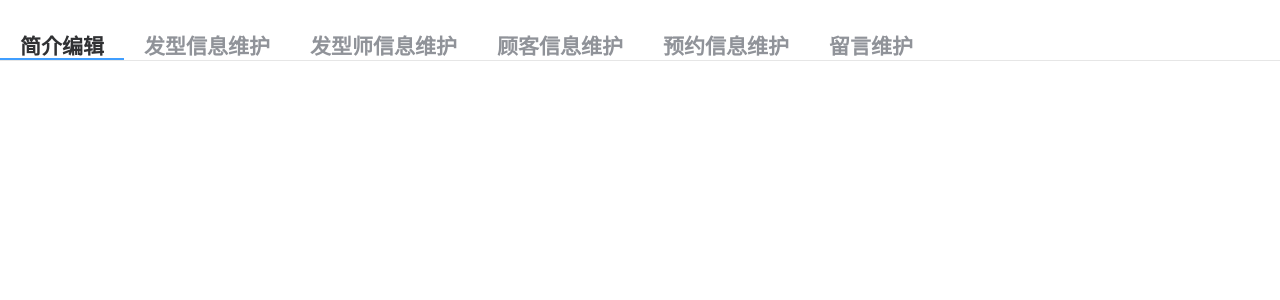
Repository: cjl0805/graduation-design-front
Page: /back/home
These files come from the project's save history. The page is drawn as it stood at one moment and after the next save; the edit follows.
The browser window is 1280 px wide. The pictures show the whole page.
The project was rebuilt for these pictures with package versions that can differ from the ones it lists, and the page was loaded fresh each time. Also part of the build but not shown: vue.config.js, src/components/RotationChart.vue, src/components/NavigationBar.vue, src/components/HairStylist.vue, src/components/HairStyle.vue, src/views/font/HairStyleView.vue, src/views/font/HairStylistView.vue, src/views/font/HomeView.vue and 17 more.

Above is the page before, as saved 2023-04-18 08:59:44.

### src/main.js
import Vue from 'vue'
import App from './App.vue'
import router from './router'
import ElementUI from 'element-ui'
import 'element-ui/lib/theme-chalk/index.css'
import axios from 'axios'
import VueAxios from 'vue-axios'
Vue.use(VueAxios, axios);
axios.interceptors.request.use(
  config => {
    if (localStorage.getItem('token')) {
      config.headers.token = localStorage.getItem('token');
    }
    return config;
  },
  error => {
    return Promise.reject(error);
  }
);

axios.interceptors.response.use(
  res => {
    if (res.data.code === 501) {
      console.log(res.data);
      alert("登录已过期，请重新登录！");
      window.localStorage.removeItem('token');
      window.localStorage.removeItem('username');
      location.reload();
    }
    return res;
  }
);

Vue.config.productionTip = false
Vue.use(ElementUI)
new Vue({
  router,
  render: h => h(App)
}).$mount('#app')

### src/router/index.js
import Vue from 'vue'
import VueRouter from 'vue-router'
import HairStyleView from '../views/font/HairStyleView.vue'
import HairStylistView from '../views/font/HairStylistView.vue'
import HomeView from '../views/font/HomeView.vue'
import login from '../views/font/login.vue'
import register from '../views/font/register.vue'
import PersonalInfo from '../views/font/PersonalInfo.vue'
import appointment from '../views/font/AppointmentView.vue'
import pay from '../views/font/PayView.vue'
import MainView from '../views/back/MainView.vue'

Vue.use(VueRouter)

const routes = [{
    path: '/',
    name: 'home',
    component: HomeView
  },
  {
    path: '/hairstyle',
    name: 'hairstyle',
    component: HairStyleView
  },
  {
    path: '/hairstylist',
    name: 'hairstylist',
    component: HairStylistView
  },
  {
    path: '/about',
    name: 'about',
    // route level code-splitting
    // this generates a separate chunk (about.[hash].js) for this route
    // which is lazy-loaded when the route is visited.
    component: () => import( /* webpackChunkName: "about" */ '../views/AboutView.vue')
  },
  {
    path: '/login',
    name: 'login',
    component: login
  },
  {
    path: '/register',
    name: 'register',
    component: register
  },
  {
    path: '/PersonalInfo',
    name: 'PersonalInfo',
    component: PersonalInfo,
  },
  {
    path: '/appointment',
    name: 'appointment',
    component: appointment
  },
  {
    path: '/pay',
    name: 'pay',
    component: pay
  },
  {
    path: '/back/home',
    name: 'MainView',
    component: MainView
  },
]

const router = new VueRouter({
  mode: 'history',
  base: process.env.BASE_URL,
  routes
})

// 导航守卫
// 使用 router.beforeEach 注册一个全局前置守卫，判断用户是否登陆
router.beforeEach((to, from, next) => {
  if (to.path === '/PersonalInfo' || to.path === '/appointment' || to.path === '/MessageCenter' || to.path === '/pay') {
    let token = localStorage.getItem('token');
    if (token === null || token === '') {
      next('/login');
    } else {
      next();
    }
  } else {
    next();
  }
});

export default router

### src/views/back/MainView.vue
<template>
  <div>
    <div class="aside">
      <el-menu default-active="1" class="el-menu-demo" mode="horizontal">
        <el-menu-item index="1">
          <span slot="title"><h2>简介编辑</h2></span>
        </el-menu-item>
        <el-menu-item index="2">
          <span slot="title"><h2>发型信息维护</h2></span>
        </el-menu-item>
        <el-menu-item index="3">
          <span slot="title"><h2>发型师信息维护</h2></span>
        </el-menu-item>
        <el-menu-item index="4">
          <span slot="title"><h2>顾客信息维护</h2></span>
        </el-menu-item>
        <el-menu-item index="5">
          <span slot="title"><h2>预约信息维护</h2></span>
        </el-menu-item>
        <el-menu-item index="6">
          <span slot="title"><h2>留言维护</h2></span>
        </el-menu-item>
      </el-menu>

    </div>
    <div class="div2"></div>
  </div>
</template>

<script>
import HairstylistMaintenance from "@/components/HairstylistMaintenance.vue";
import AppointmentMaintenance from "@/components/AppointmentMaintenance.vue";
import CustomerMaintenance from "@/components/CustomerMaintenance.vue";
import HairstyleMaintenance from "@/components/HairstyleMaintenance.vue";
import IntroductionEditor from "@/components/IntroductionEditor.vue";
import MessageMaintenance from "@/components/MessageMaintenance.vue";
export default {
  name: "MainView",
  components: {
    HairstylistMaintenance,
    AppointmentMaintenance,
    CustomerMaintenance,
    HairstyleMaintenance,
    IntroductionEditor,
    MessageMaintenance,
  },
  data() {
    return {};
  },
  methods: {
    handleOpen(key, keyPath) {
      console.log(key, keyPath);
    },
    handleClose(key, keyPath) {
      console.log(key, keyPath);
    },
  },
};
</script>

<style></style>

### src/components/UserDescription.vue
<template>
  <div>
    <div class="img">
      <el-upload
        class="userform.img !== '' ? 'avatar-uploader boxCardUploadImg' : 'avatar-uploader'"
        action=""
        :http-request="upFile"
        :show-file-list="false"
        :on-change="handleChange"
        :limit="2"
        :headers="headers"
      >
        <img v-if="userform.img" :src="userform.img" class="avatar" />
        <i v-else class="el-icon-plus avatar-uploader-icon"></i> </el-upload
      ><br />
      <el-button round type="primary" @click="saveImg">保存头像</el-button>
      <div class="div2">
        <div class="div3">
          <el-button class="button"
            ><p class="p" @click="click1">个人信息</p></el-button
          >
        </div>
        <div class="div3">
          <el-button class="button" @click="click2"
            ><p class="p">我的预约</p></el-button
          >
        </div>
        <div class="div3">
          <el-button class="button"
            ><p class="p" @click="click3">我的留言</p></el-button
          >
        </div>
      </div>
    </div>
    <div class="info">
      <UserInfo v-if="userInfo"></UserInfo>
      <myAppointment v-if="myAppointment" class="myAppointment"></myAppointment>
      <myMessage v-if="myMessage"></myMessage>
    </div>
  </div>
</template>

<script>
import UserInfo from "./UserInfo.vue";
import MyAppointment from "./MyAppointment.vue";
import MyMessage from "./MyMessage.vue";
export default {
  name: "UserDescription",
  components: {
    MyAppointment,
    MyMessage,
    UserInfo,
  },
  data() {
    return {
      imageUrl: "",
      headers: {},
      token: "",
      userform: {
        img: "",
      },
      file: " ",
      userInfo: this.$route.query.userInfo,
      myAppointment: this.$route.query.myAppointment,
      myMessage: false,
    };
  },
  created() {
    this.load();
  },
  methods: {
    load() {
      this.axios({
        method: "GET",
        url: "http://localhost:8090/graduation/design/customInfo/get",
        params: {
          username: window.localStorage.getItem("username"),
        },
      }).then((res) => {
        console.log(res.data);
        if (res.data.data != null) {
          this.userform.img = res.data.data.img;
        }
      });
    },
    click1() {
      this.userInfo = true;
      this.myAppointment = false;
      this.myMessage = false;
    },
    click2() {
      this.userInfo = false;
      this.myAppointment = true;
      this.myMessage = false;
    },
    click3() {
      this.userInfo = false;
      this.myAppointment = false;
      this.myMessage = true;
    },
    handleChange(file, fileList) {
      const fileName = file.name; // 文件名字
      const fileType = fileName.substring(fileName.lastIndexOf(".") + 1);
      if (fileType === "png" || fileType === "jpg") {
        this.file = file;
        return;
      } else {
        this.$message({
          type: "warning",
          message: "附件格式错误，请重新上传！",
        });
      }
    },
    upFile(item) {
      const formData = new FormData();
      formData.append("file", this.file.raw);
      this.axios({
        method: "POST",
        url: "http://localhost:8090/graduation/design/common/upload",
        data: formData,
      }).then((res) => {
        console.log(res.data);
        if (res.data.code === 200) {
          this.userform.img = res.data.data;
        } else {
          alert(res.data.message);
        }
      });
    },
    beforeAvatarUpload(file) {
      const isJPG = file.type === "image/jpeg";
      const isLt2M = file.size / 1024 / 1024 < 2;

      if (!isJPG) {
        this.$message.error("上传头像图片只能是 JPG 格式!");
      }
      if (!isLt2M) {
        this.$message.error("上传头像图片大小不能超过 2MB!");
      }
      return isJPG && isLt2M;
    },
    saveImg() {
      this.axios({
        method: "POST",
        url: "http://localhost:8090/graduation/design/customInfo/save/img",
        params: {
          username: window.localStorage.getItem("username"),
          img: this.userform.img,
        },
      }).then((res) => {
        console.log(res.data);
        if (res.data.code === 200) {
          alert("保存头像成功！");
        }
      });
    },
  },
};
</script>

<style>
.avatar-uploader .el-upload {
  border: 1px solid #d9d9d9;
  border-radius: 50px;
  cursor: pointer;
  position: relative;
  overflow: hidden;
}
.avatar-uploader .el-upload:hover {
  border-color: none;
}
.avatar-uploader-icon {
  margin-top: 20px;
  font-size: 120px;
  color: #8c939d;
}
.avatar {
  margin-top: 20px;
  width: 120px;
  height: 120px;
  display: block;
}

.boxCardUploadImg .el-upload:hover div {
  width: 100px;
  height: 100px;
  line-height: 100px;
  text-align: center;
  border-radius: 50px;
  position: absolute;
  font-size: 18px;
  display: initial;
  z-index: 999;
  color: #fff;
  top: 0;
  left: 0;
  background-color: #17163c;
  opacity: 0.5;
}
.my-content {
  font-size: 20px;
}
.my-label {
  font-size: 20px;
}
.img {
  margin-left: 20px;
  text-align: center;
  width: 240px;
  height: 640px;
  border: 2px;
  background: rgb(255, 255, 255);
}
.info {
  margin-top: -640px;
  margin-left: 305px;
  text-align: center;
  width: 1210px;
  height: 640px;
  border: 2px;
  background: rgba(255, 255, 255);
}
.button {
  margin: 0 auto;
  width: 200px;
  height: 40px;
  margin-top: 0px;
}
.p {
  margin: 0 auto;
  font-size: 20px;
  font-weight: bold;
}
.div2 {
  margin-top: 120px;
}
.div3 {
  margin-top: 28px;
}
</style>

### src/components/HairStylistDescription.vue
<template>
  <div>
    <div class="img">
      <el-upload
        class="userform.img !== '' ? 'avatar-uploader boxCardUploadImg' : 'avatar-uploader'"
        action=""
        :http-request="upFile"
        :show-file-list="false"
        :on-change="handleChange"
        :limit="2"
        :headers="headers"
      >
        <img v-if="userform.img" :src="userform.img" class="avatar" />
        <i v-else class="el-icon-plus avatar-uploader-icon"></i> </el-upload
      ><br />
      <el-button round type="primary" @click="saveImg">保存头像</el-button>
      <div class="div2">
        <div class="div3">
          <el-button class="button"
            ><p class="p" @click="click1">个人信息</p></el-button
          >
        </div>
        <div class="div3">
          <el-button class="button" @click="click2"
            ><p class="p">我的预约</p></el-button
          >
        </div>
      </div>
    </div>
    <div class="info">
      <HairStylistInfo v-if="HairStylistInfo"></HairStylistInfo>
      <HairStylistAppointment v-if="HairStylistAppointment"></HairStylistAppointment>
    </div>
  </div>
</template>

<script>
import HairStylistInfo from "./HairStylistInfo.vue";
import HairStylistAppointment from "./HairStylistAppointment.vue";
export default {
  name: "UserDescription",
  components: {
    HairStylistAppointment,
    HairStylistInfo,
  },
  data() {
    return {
      imageUrl: "",
      headers: {},
      token: "",
      userform: {
        img: "",
      },
      file: " ",
      HairStylistInfo: true,
      HairStylistAppointment: false,
    };
  },
  created() {
    this.load();
  },
  methods: {
    load() {
      this.axios({
        method: "GET",
        url: "http://localhost:8090/graduation/design/hairstylist/get",
        params: {
          username: window.localStorage.getItem("username"),
        },
      }).then((res) => {
        console.log(res.data);
        if (res.data.data != null) {
          this.userform.img = res.data.data.img;
          window.localStorage.setItem("hairstylist", res.data.data.name);
        }
      });
    },
    click1() {
      this.HairStylistInfo = true;
      this.HairStylistAppointment = false;
    },
    click2() {
      this.HairStylistInfo = false;
      this.HairStylistAppointment = true;
    },
    handleChange(file, fileList) {
      const fileName = file.name; // 文件名字
      const fileType = fileName.substring(fileName.lastIndexOf(".") + 1);
      if (fileType === "png" || fileType === "jpg") {
        this.file = file;
        return;
      } else {
        this.$message({
          type: "warning",
          message: "附件格式错误，请重新上传！",
        });
      }
    },
    upFile(item) {
      const formData = new FormData();
      formData.append("file", this.file.raw);
      this.axios({
        method: "POST",
        url: "http://localhost:8090/graduation/design/common/upload",
        data: formData,
      }).then((res) => {
        console.log(res.data);
        if (res.data.code === 200) {
          this.userform.img = res.data.data;
        } else {
          alert(res.data.message);
        }
      });
    },
    beforeAvatarUpload(file) {
      const isJPG = file.type === "image/jpeg";
      const isLt2M = file.size / 1024 / 1024 < 2;

      if (!isJPG) {
        this.$message.error("上传头像图片只能是 JPG 格式!");
      }
      if (!isLt2M) {
        this.$message.error("上传头像图片大小不能超过 2MB!");
      }
      return isJPG && isLt2M;
    },
    saveImg() {
      this.axios({
        method: "POST",
        url: "http://localhost:8090/graduation/design/hairstylist/save/img",
        params: {
          username: window.localStorage.getItem("username"),
          img: this.userform.img,
        },
      }).then((res) => {
        console.log(res.data);
        if (res.data.code === 200) {
          alert("保存头像成功！");
        }
      });
    },
  },
};
</script>

<style>
.avatar-uploader .el-upload {
  border: 1px solid #d9d9d9;
  border-radius: 50px;
  cursor: pointer;
  position: relative;
  overflow: hidden;
}
.avatar-uploader .el-upload:hover {
  border-color: none;
}
.avatar-uploader-icon {
  margin-top: 20px;
  font-size: 120px;
  color: #8c939d;
}
.avatar {
  margin-top: 20px;
  width: 120px;
  height: 120px;
  display: block;
}

.boxCardUploadImg .el-upload:hover div {
  width: 100px;
  height: 100px;
  line-height: 100px;
  text-align: center;
  border-radius: 50px;
  position: absolute;
  font-size: 18px;
  display: initial;
  z-index: 999;
  color: #fff;
  top: 0;
  left: 0;
  background-color: #17163c;
  opacity: 0.5;
}
.my-content {
  font-size: 20px;
}
.my-label {
  font-size: 20px;
}
.img {
  margin-left: 20px;
  text-align: center;
  width: 240px;
  height: 640px;
  border: 2px;
  background: rgb(255, 255, 255);
}
.info {
  margin-top: -640px;
  margin-left: 305px;
  text-align: center;
  width: 1210px;
  height: 640px;
  border: 2px;
  background: rgba(255, 255, 255);
}
.button {
  margin: 0 auto;
  width: 200px;
  height: 40px;
  margin-top: 0px;
}
.p {
  margin: 0 auto;
  font-size: 20px;
  font-weight: bold;
}
.div2 {
  margin-top: 120px;
}
.div3 {
  margin-top: 28px;
}
</style>

Loaded but not shown: public/index.html (common file); src/App.vue (common file)

After the next save:
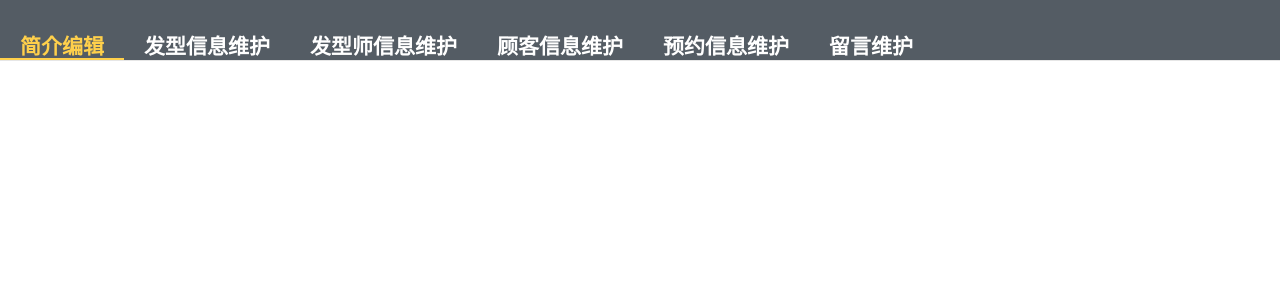
Saved 35 s later.
--- a/src/views/back/MainView.vue
+++ b/src/views/back/MainView.vue
@@ -1,7 +1,14 @@
 <template>
   <div>
     <div class="aside">
-      <el-menu default-active="1" class="el-menu-demo" mode="horizontal">
+      <el-menu
+        default-active="1"
+        class="el-menu-demo"
+        mode="horizontal"
+        background-color="#545c64"
+        text-color="#fff"
+        active-text-color="#ffd04b"
+      >
         <el-menu-item index="1">
           <span slot="title"><h2>简介编辑</h2></span>
         </el-menu-item>
@@ -21,7 +28,6 @@
           <span slot="title"><h2>留言维护</h2></span>
         </el-menu-item>
       </el-menu>
-
     </div>
     <div class="div2"></div>
   </div>
